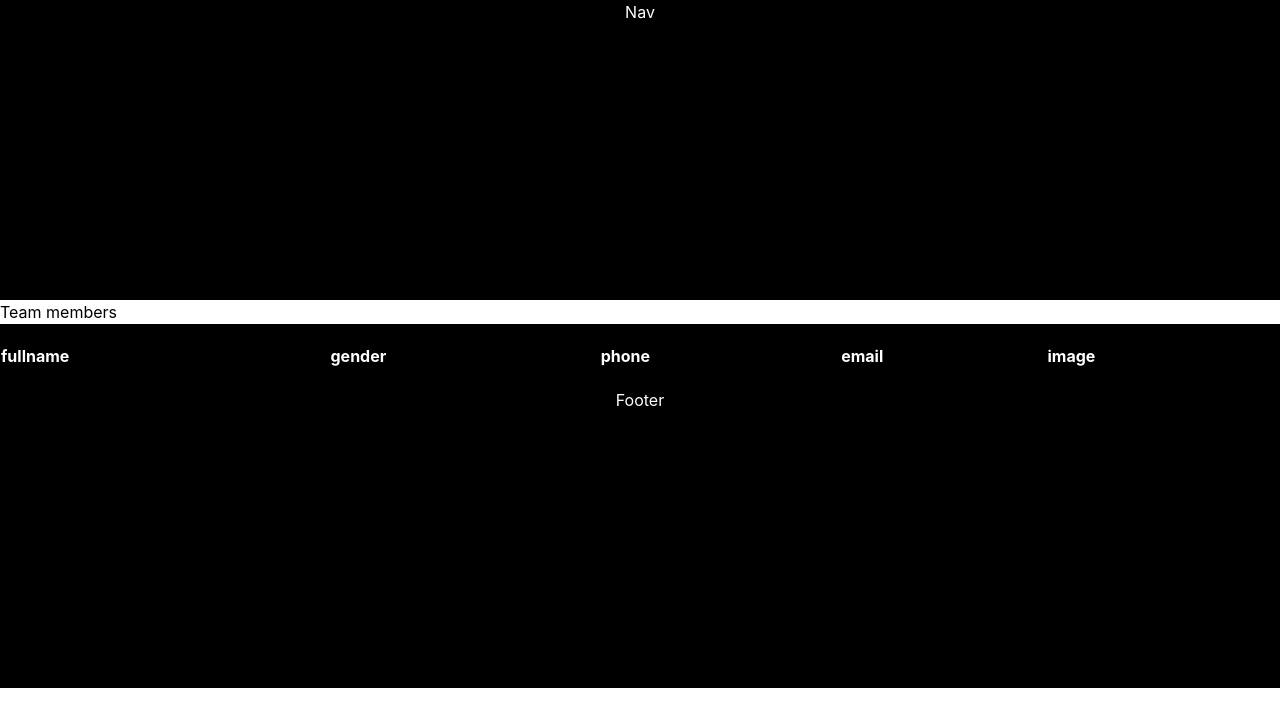
Repository: Eugene44-hub/SHRGroup46-capstone
Page: /members
The author's editor kept a copy of each file at every save. The page is drawn from the files as they stood at one save, then again after the next save.
The browser window is 1280 px wide. The pictures show the whole page.
The page's requests for data from a server got no answer. The project was rebuilt for these pictures with package versions that can differ from the ones it lists, and the page was loaded fresh each time. No one was signed in, and anything a server would have sent is missing.

Above is the page before, as saved 2022-05-17 13:16:42.

### src/index.css
    @tailwind base;
    @tailwind components;
    @tailwind utilities;
    body {
        margin: 0;
        font-family: -apple-system, BlinkMacSystemFont, 'Segoe UI', 'Roboto', 'Oxygen', 'Ubuntu', 'Cantarell', 'Fira Sans', 'Droid Sans', 'Helvetica Neue', sans-serif;
        -webkit-font-smoothing: antialiased;
        -moz-osx-font-smoothing: grayscale;
    }

    code {
        font-family: source-code-pro, Menlo, Monaco, Consolas, 'Courier New', monospace;
    }

    .container {
        max-width: 1440px;
        margin: 0 auto;
    }

### src/App.js
import { lazy, Suspense, useEffect, useState } from "react";
import { Route, Routes,BrowserRouter as Router } from "react-router-dom";

//read through comments on each component and pages to understand properly

// only tailwind and css modules are used in this project, any additional libraries should be told to the lead before installation

//Note: you can use normal import statement on the pages. Lazy load is for only Routing pages

// API's too have been fetched in utility folder you can import and use with the syntax below

import { fetchAllData,fetchCompanyQuantity,fetchPersonQuantity,fetchProductQuantity } from "./utilities/apis";
// fetchAllData(input endpoint here to fetch all data).then(data =>console.log(data) )
// fetchPersonQuantity(input quantity here to fetch an amount of data).then(data =>console.log(data) )
// fetchProductQuantity(input quantity here to fetch an amount of data).then(data =>console.log(data) )
// fetchCompanyQuantity(input quantity here to fetch an amount of data).then(data =>console.log(data) )

// endpoints are as follows:
// https://fakerapi.it/api/v1/products?_quantity=1
// https://fakerapi.it/api/v1/companies?_quantity=1
// https://fakerapi.it/api/v1/persons?_quantity=10
// https://fakerapi.it/api/v1/products
// https://fakerapi.it/api/v1/companies
// https://fakerapi.it/api/v1/persons

// check utilities folder for more details on the api functions

// happy coding


const Nav=lazy(()=>import('./components/nav/Nav'));
const Home=lazy(()=>import('./pages/home/Home'));
const Dashboard=lazy(()=>import('./pages/dashboard/Dashboard'))
const Members=lazy(()=>import('./pages/members/Members'))
const Product=lazy(()=>import('./pages/product/Product'))
const Login=lazy(()=>import('./pages/login/Login'))
const Footer=lazy(()=>import('./components/footer/Footer'))



function App() {
  const [members,setMembers]=useState(null)

  useEffect(() => {
    fetchAllData("https://fakerapi.it/api/v1/persons").then(data =>setMembers(data))
  }, [])

  return (
    <div className="App">

<Suspense fallback={<h1>Loading...</h1>}>
  <Nav/>
  <Router>
<Routes>
<Route path="/" element={<Home/>} />
<Route path="/product" element={<Product/>} />
<Route path="/dashboard" element={<Dashboard/>} />
<Route path="/login" element={<Login/>} />
<Route path="/members" element={<Members members={members}/>} />
</Routes>
</Router>
<Footer/>
</Suspense>
    </div>
  );
}

export default App;

### src/utilities/apis.js
//this function takes in the url as an argument in string format

export const fetchAllData = async(url) => {
    const response = await fetch(url);
    const data = await response.json();
    return data;
}

//

// this part take in the quantity as an argument in integer format
export const fetchPersonQuantity = async(quantity) => {
    const response = await fetch(`https://fakerapi.it/api/v1/persons?_quantity=${quantity}`);
    const data = await response.json();
    return data;
}

export const fetchCompanyQuantity = async(quantity) => {

    const response = await fetch(`https://fakerapi.it/api/v1/companies?_quantity=${quantity}`);
    const data = await response.json();
    return data;
}

export const fetchProductQuantity = async(quantity) => {
    const response = await fetch(`https://fakerapi.it/api/v1/products?_quantity=${quantity}`);
    const data = await response.json();
    return data;
}



// https://fakerapi.it/api/v1/products?_quantity=1
// https://fakerapi.it/api/v1/companies?_quantity=1
// https://fakerapi.it/api/v1/persons?_quantity=10

### src/components/nav/Nav.jsx
import React from 'react'
import styles from './Nav.module.css'
const Nav = () => {
  return (
    <nav className={`${styles.nav}`}>
<div>Nav</div>
    </nav>
  )
}

export default Nav

### src/pages/members/Members.jsx
import React from 'react'
//components should be imported from here if needed
// make use of your normal import statement here to import components
// make use of the css module folder or tailwind or you can use inline styles
// check the sample on nav and footer for css modules


const Members = ({members}) => {

console.log(members);
  return (
    <section>
    <div className='container'>
    <header>
      Team members
    </header>
<table className='w-full bg-black text-white'>

    <tr>
      <th className='text-left py-5'>fullname</th>
      <th className='text-left py-5'>gender</th>
      <th className='text-left py-5'>phone</th>
      <th className='text-left py-5'>email</th>
      <th className='text-left py-5'>image</th>
    </tr>



  {members&&members.data.map((member,index) => (
      <tr>
      <td className='py-5'>
      {member.firstname} {member.lastname}
      </td>
      <td className='py-5'>
      {member.gender}
      </td>
      <td className='py-5'>
      {member.phone}
      </td>
      <td className='py-5'>
      {member.email}
      </td>
      <td className='py-5'>
      <img src={member.image} className="w-[50px] h-[50px] rounded-full" alt="" />
      </td>
      </tr>
      ))}


</table>

    </div>

    </section>
  )
}

export default Members

### src/components/footer/Footer.jsx
import React from 'react'
import styles from "./Footer.module.css"
const Footer = () => {
  return (
    <footer className={styles.footer}>Footer</footer>
  )
}

export default Footer

### src/components/nav/Nav.module.css
nav {
    height: 300px;
    background-color: black;
    color: white;
    text-align: center;
}

### src/components/footer/Footer.module.css
footer {
    height: 300px;
    background-color: black;
    color: white;
    text-align: center;
}

Loaded but not shown: public/index.html (common file); src/index.js (common file); tailwind.config.js (common file)

After the next save:
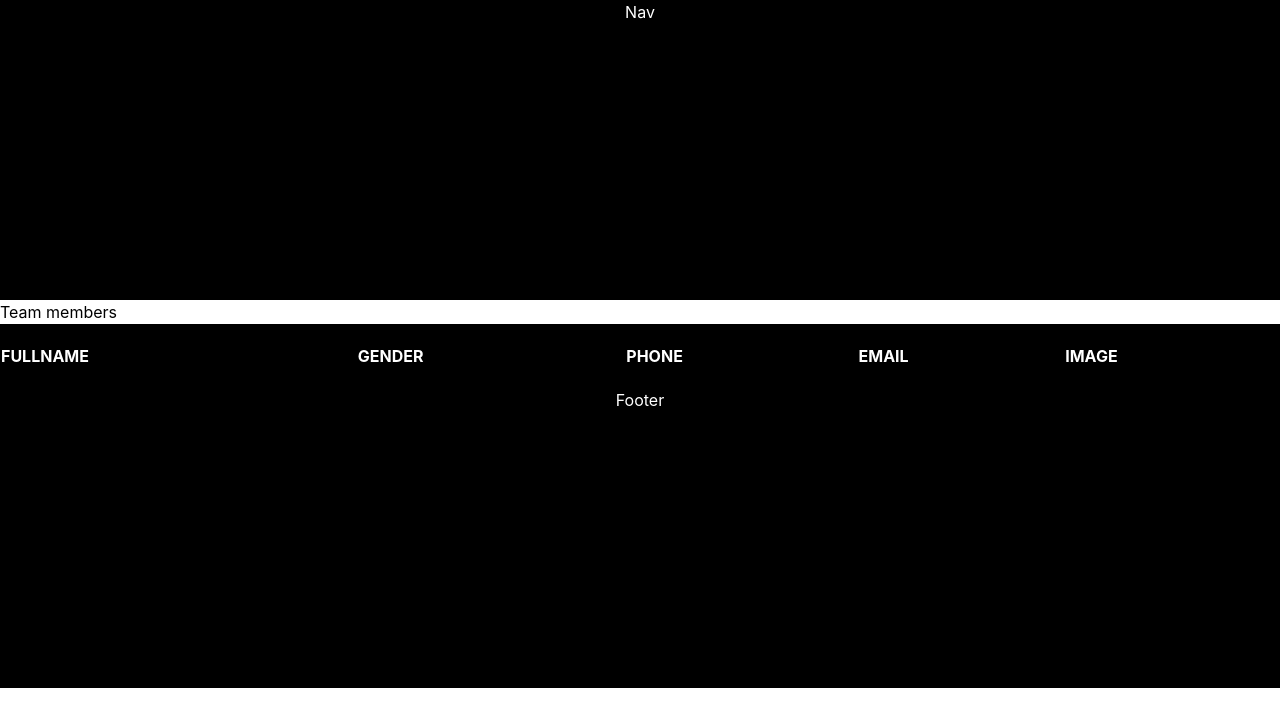
Saved 30 s later.
--- a/src/pages/members/Members.jsx
+++ b/src/pages/members/Members.jsx
@@ -17,11 +17,11 @@ console.log(members);
 <table className='w-full bg-black text-white'>
 
     <tr>
-      <th className='text-left py-5'>fullname</th>
-      <th className='text-left py-5'>gender</th>
-      <th className='text-left py-5'>phone</th>
-      <th className='text-left py-5'>email</th>
-      <th className='text-left py-5'>image</th>
+      <th className='text-left py-5 uppercase'>fullname</th>
+      <th className='text-left py-5 uppercase'>gender</th>
+      <th className='text-left py-5 uppercase'>phone</th>
+      <th className='text-left py-5 uppercase'>email</th>
+      <th className='text-left py-5 uppercase'>image</th>
     </tr>
 
 
